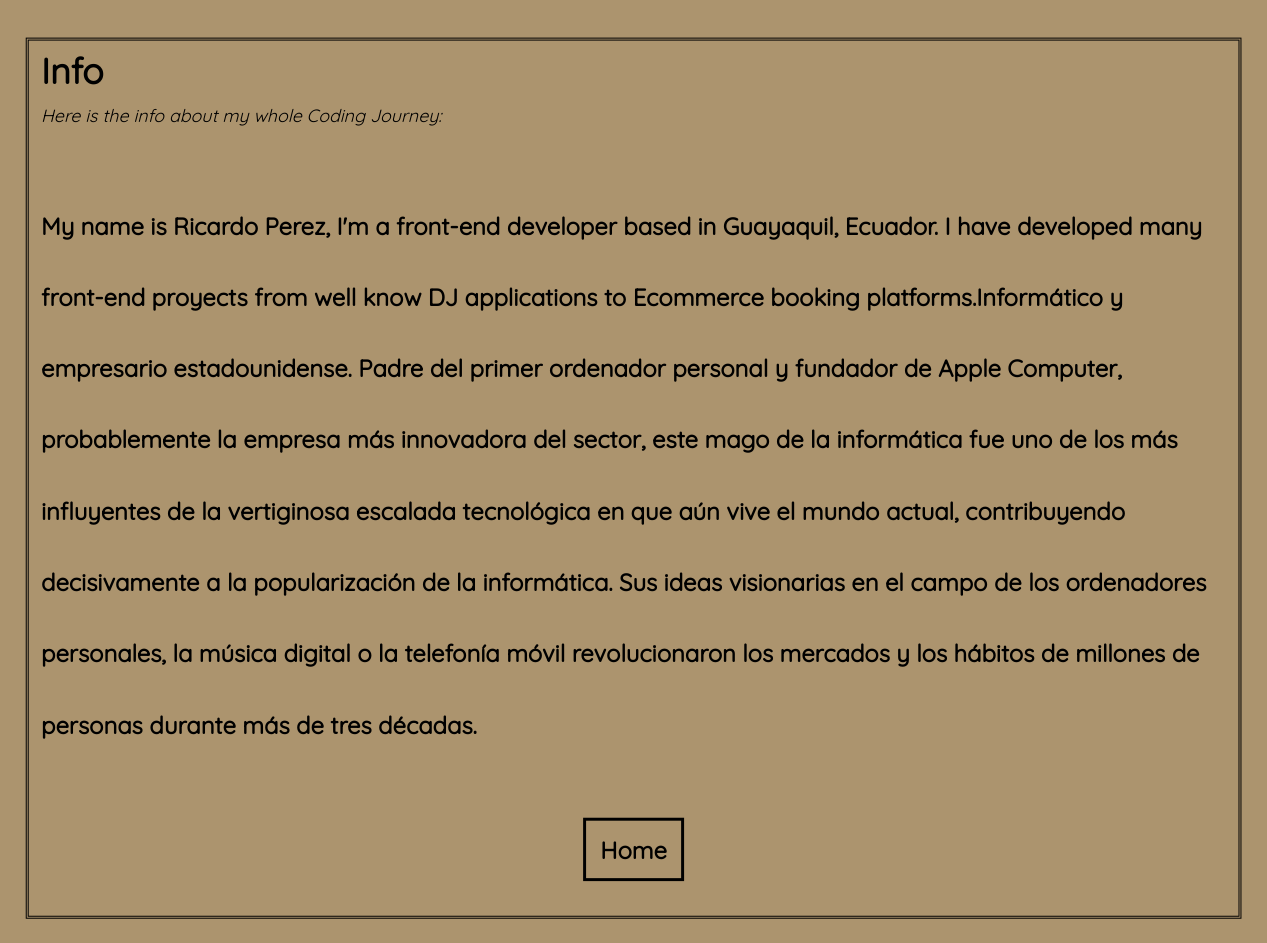
Repository: rickypcyt/ricky-react-portfolio
Page: /Info
These files come from the project's save history. The page is drawn as it stood at one moment and after a run of saves; the edit follows.
The browser window is 1280 px wide. The pictures show the whole page, at 99% of full size.
The project was rebuilt for these pictures with package versions that can differ from the ones it lists, and the page was loaded fresh each time. Also part of the build but not shown: src/Content.js, src/pages/Projects.js, src/pages/Contact.js, src/pages/WebMural.js, src/pages/NotesJS.js.

Above is the page before, as saved 2022-09-12 18:20:52.

### src/index.js
import React from "react";
import ReactDOM from "react-dom/client";
import "./index.css";
import App from "./App";
import reportWebVitals from "./reportWebVitals";
import { BrowserRouter, Routes, Route, Switch } from "react-router-dom";

const root = ReactDOM.createRoot(document.getElementById("root"));
root.render(
  <React.StrictMode>
    <BrowserRouter>
      <App />
    </BrowserRouter>
  </React.StrictMode>
);

// If you want to start measuring performance in your app, pass a function
// to log results (for example: reportWebVitals(console.log))
// or send to an analytics endpoint. Learn more: https://bit.ly/CRA-vitals
reportWebVitals();

### src/index.css
@import url("https://fonts.googleapis.com/css2?family=Quicksand");

input[type="file"] {
  display: none;
}
.container {
  top: 0%;
  left: 0%;
}
::marker {
  display: none;
}
.image-container {
  width: 100%;
  margin: auto;
  display: flex;
  flex-direction: row;
  justify-content: space-evenly;
  gap: 15px;
  padding: 10px;
}
body {
  line-height: 1;
  font-family: "Quicksand";
  font-size: large;
  margin: 2%;
  padding: 1%;
  border-style: double;
  margin-top: 3%;
  background: #ac946e;
}
ol {
  list-style: none;
  display: flex;
  padding: 0;
  justify-content: space-around;
  align-items: flex-start;
  display: flex;
  flex-wrap: wrap;
  align-content: center;
}
.content {
  position: absolute;
  right: calc(var(--pad) * 2);
  bottom: calc(var(--pad) * 2);
  white-space: nowrap;
}
.parrafo {
  line-height: 1.5;
  text-align: end;
  font-size: larger;
  padding-top: 1%;
}
.parrafo span {
  display: block;
}
.titulo {
  margin: 0;
}
.oli {
  font-weight: bold;
  border-style: solid;
  font-size: x-large;
  padding: 1ch;
}
.descripcion {
  font-weight: lighter;
  font-style: oblique;
}
.oli:hover {
  color: black;
  border-style: dotted;
}
.page {
  padding-top: 2%;
  padding-bottom: 3%;
}
.pageContact {
  padding-top: 8%;
  padding-bottom: 9%;
}
.cabeceranavi {
  padding-bottom: 2%;
}
p {
  font-weight: bold;
}
a {
  color: black;
  text-decoration: none;
  padding: 0ch;
}
span {
  font-size: larger;
}
li {
  width: 7%;
  height: 10%;
}
ul {
  list-style-type: none;
  margin: 0%;
  display: flex;
  align-items: center;
  flex-direction: row;
  padding-top: 5%;
  padding-bottom: 5%;
  padding-left: 0%;
  justify-content: space-around;
}
.imagenes {
  display: block;
  height: auto;
  width: auto;
  padding-top: 5%;
  padding-bottom: 5%;
}

.imagenesproyect {
  position: relative;
}
.fixer {
  display: flex;
  flex-direction: row;
  justify-content: space-evenly;
  padding-bottom: 3%;
}
.overlay {
  position: absolute;
  top: 0.83cm;

  background: rgb(0, 0, 0);
  background: rgb(2, 0.3, 0.9, 0.6); /* Black see-through */
  color: #f1f1f1;
  width: 100%;
  transition: 0.5s ease;
  color: white;
  text-align: center;
  font-size: 20px;
  padding-top: 20px;
  padding-bottom: 20px;
  opacity: 0;
}
.imagenesproyect:hover .overlay {
  opacity: 1;
}
.overlay2 {
  position: absolute;
  bottom: 31px;
  background: rgb(0, 0, 0);
  background: rgba(40, 40, 40, 0.6); /* Black see-through */
  color: #f1f1f1;
  width: 100%;
  transition: 0.5s ease;
  color: white;
  text-align: center;
  font-size: 20px;
  padding-top: 20px;
  padding-bottom: 20px;
  opacity: 0;
}
.imagenesproyect:hover .overlay2 {
  opacity: 1;
}

.homeinfo {
  font-size: x-large;
  line-height: 300%;
}

@media screen and (max-width: 1340px) {
  .fixer {
    flex-direction: column;
    justify-content: center;
  }
  .imagenes {
    height: auto;
    width: 100%;
  }
  ol {
  }
}

.image-container {
  width: auto;
  margin: auto;
  /* display: flex; */
  flex-wrap: wrap;
  gap: 15px;
  padding: 10px;
}

.image-container img {
  max-width: 100%;
  max-height: 225px;
}

.container .image-container .image {
  border: 4px solid black;
  overflow: hidden;
  /* cursor: pointer; */
}

.container .image-container .image img {
  height: 100%;
  width: 100%;
}
@media (max-width: 700px) {
  .image-container img {
    max-height: -10px;
  }
  .cabeceranavi {
    padding-bottom: 7%;
  }
  .homeinfo {
    font-size: x-large;
    line-height: 150%;
  }
}

.image:hover {
  transform: scale(
    1.15
  ); /* (150% zoom - Note: if the zoom is too large, it will go outside of the viewport) */
}

### src/App.js
import Content from "./Content";
import Info from "./pages/Info";
import Projects from "./pages/Projects";
import Contact from "./pages/Contact";
import WebMural from "./pages/WebMural";
import NotesJS from "./pages/NotesJS";
import { Route, Routes, Switch } from "react-router-dom";

function App() {
  return (
    <>
      <Routes>
        <Route path="/" element={<Content />}/>
        <Route path="/Projects" element={<Projects />} />
        <Route path="/Info" element={<Info />} />
        <Route path="/Contact" element={<Contact />} />
        <Route path="/WebMural" element={<WebMural />} />
        <Route path="/NotesJS" element={<NotesJS />} />
      </Routes>
    </>
  );
}
export default App;

### src/pages/Info.js
import { Link, useMatch, useResolvedPath } from "react-router-dom";
export default function Info() {
  return (
    <main>
      <div id="Page">
        <div className="cabecera">
          <h1 className="titulo">Info </h1>
          <p className="descripcion">
            Here is the info about my whole Coding Journey:
          </p>
        </div>
        <div className="separador">
          <section className="page" style={{ display: "block", opacity: 1 }}>
            <div className="homeinfo">
              <p>
                My name is Ricardo Perez, I'm a front-end developer based in
                Guayaquil, Ecuador. I have developed many front-end proyects
                from well know DJ applications to Ecommerce booking
                platforms.Informático y empresario estadounidense. Padre del
                primer ordenador personal y fundador de Apple Computer,
                probablemente la empresa más innovadora del sector, este mago de
                la informática fue uno de los más influyentes de la vertiginosa
                escalada tecnológica en que aún vive el mundo actual,
                contribuyendo decisivamente a la popularización de la
                informática. Sus ideas visionarias en el campo de los
                ordenadores personales, la música digital o la telefonía móvil
                revolucionaron los mercados y los hábitos de millones de
                personas durante más de tres décadas.
              </p>
            </div>
          </section>
          <nav className="cabeceranavi">
            <ol>
              <div>
                <CustomLink to="/" className="oli">
                  Home
                </CustomLink>
              </div>
            </ol>
          </nav>
        </div>
      </div>
    </main>
  );
}

function CustomLink({ to, children, ...props }) {
  const resolvedPath = useResolvedPath(to);
  const isActive = useMatch({ path: resolvedPath.pathname, end: true });
  return (
    <li className={isActive ? "active" : ""}>
      <Link to={to} {...props}>
        {children}
      </Link>
    </li>
  );
}

Loaded but not shown: public/index.html (common file); src/reportWebVitals.js (common file)

After the next 2 saves:
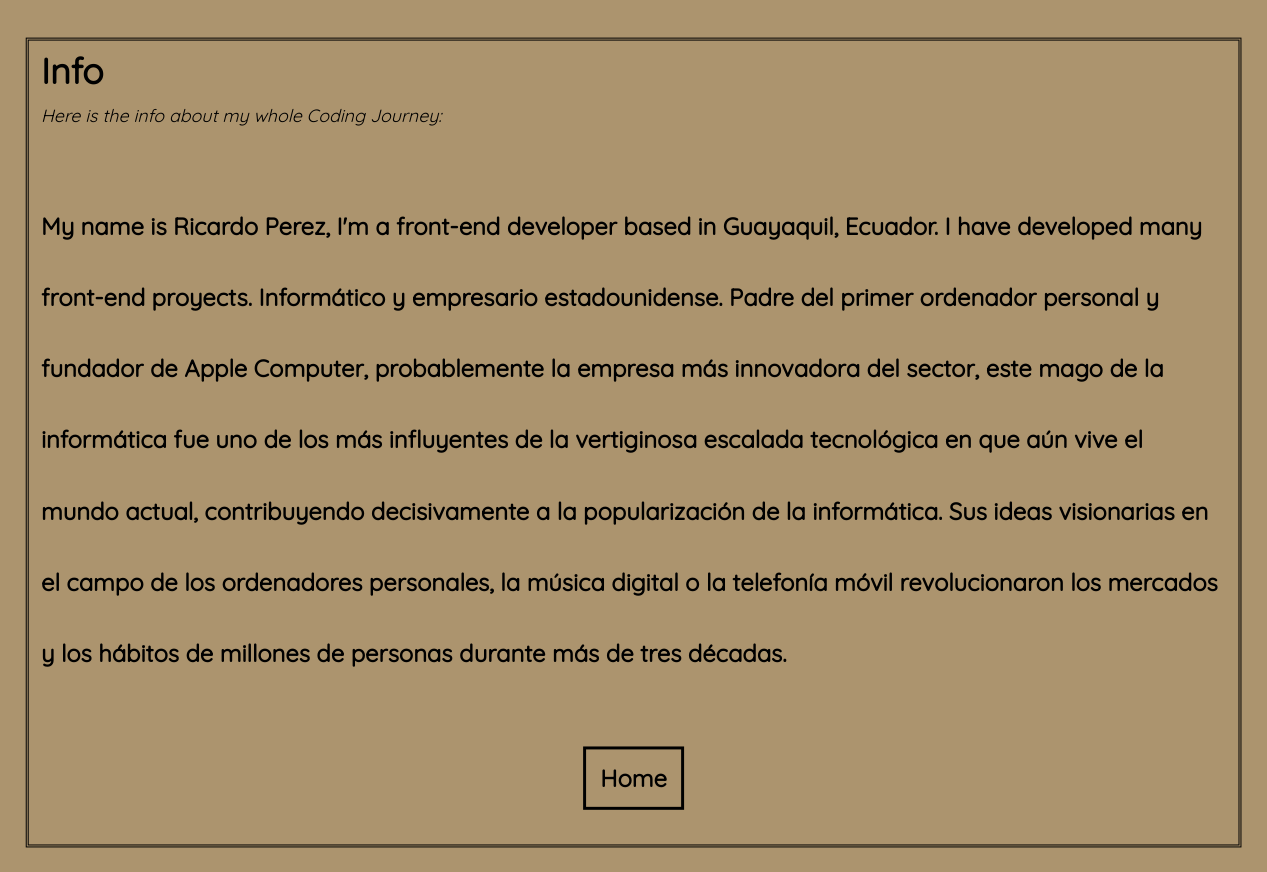
The 2 saves are shown as one change because they came seconds apart.
The last was saved 12 s later.
--- a/src/pages/Info.js
+++ b/src/pages/Info.js
@@ -14,9 +14,8 @@ export default function Info() {
             <div className="homeinfo">
               <p>
                 My name is Ricardo Perez, I'm a front-end developer based in
-                Guayaquil, Ecuador. I have developed many front-end proyects
-                from well know DJ applications to Ecommerce booking
-                platforms.Informático y empresario estadounidense. Padre del
+                Guayaquil, Ecuador. I have developed many front-end proyects.
+                Informático y empresario estadounidense. Padre del
                 primer ordenador personal y fundador de Apple Computer,
                 probablemente la empresa más innovadora del sector, este mago de
                 la informática fue uno de los más influyentes de la vertiginosa
